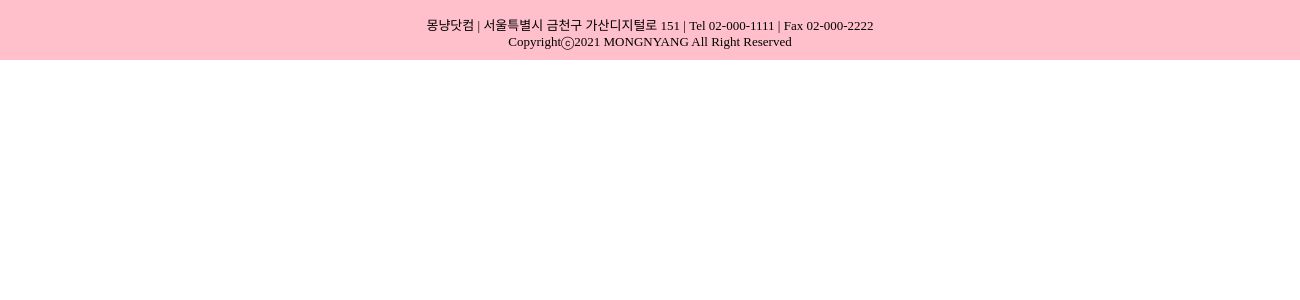
Repository: yl9517/2021.08.10_MONGNYANG_JSP
Page: http://localhost/mongNyang/footer.jsp
These files come from the project's save history. The page is drawn as it stood at one moment and after the next save; the edit follows.
The browser window is 1280 px wide. The page is 1300 px wide, so the pictures cover 1300 px, including what lies to the right of the window. The pictures show the whole page.
The page is served by Tomcat 9.

Above is the page before, as saved 2021-08-13 12:38:20.

After the next save:
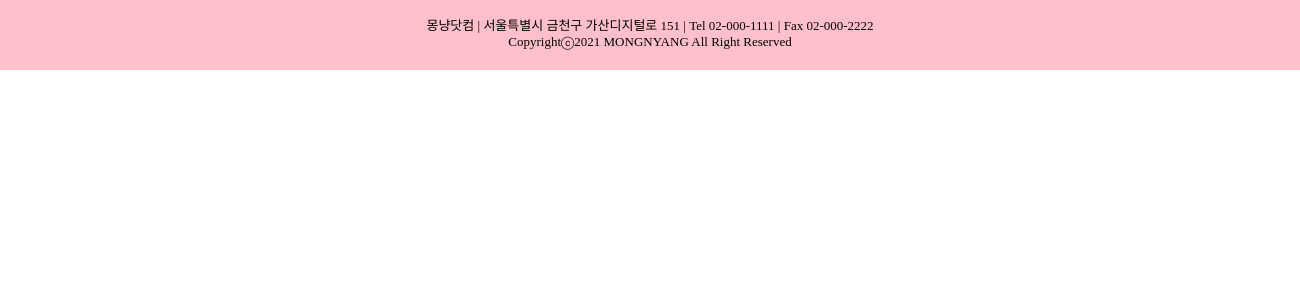
Saved 8 s later.
--- a/mongNyang/WebContent/css/footer.css
+++ b/mongNyang/WebContent/css/footer.css
@@ -14,7 +14,7 @@ footer{
 #foot{
 	background-color: pink;
 	width: 1300px;
-	height : 60px;
+	height : 70px;
 	margin: 0 auto;
 	text-align :center;
 	padding: 15px;
